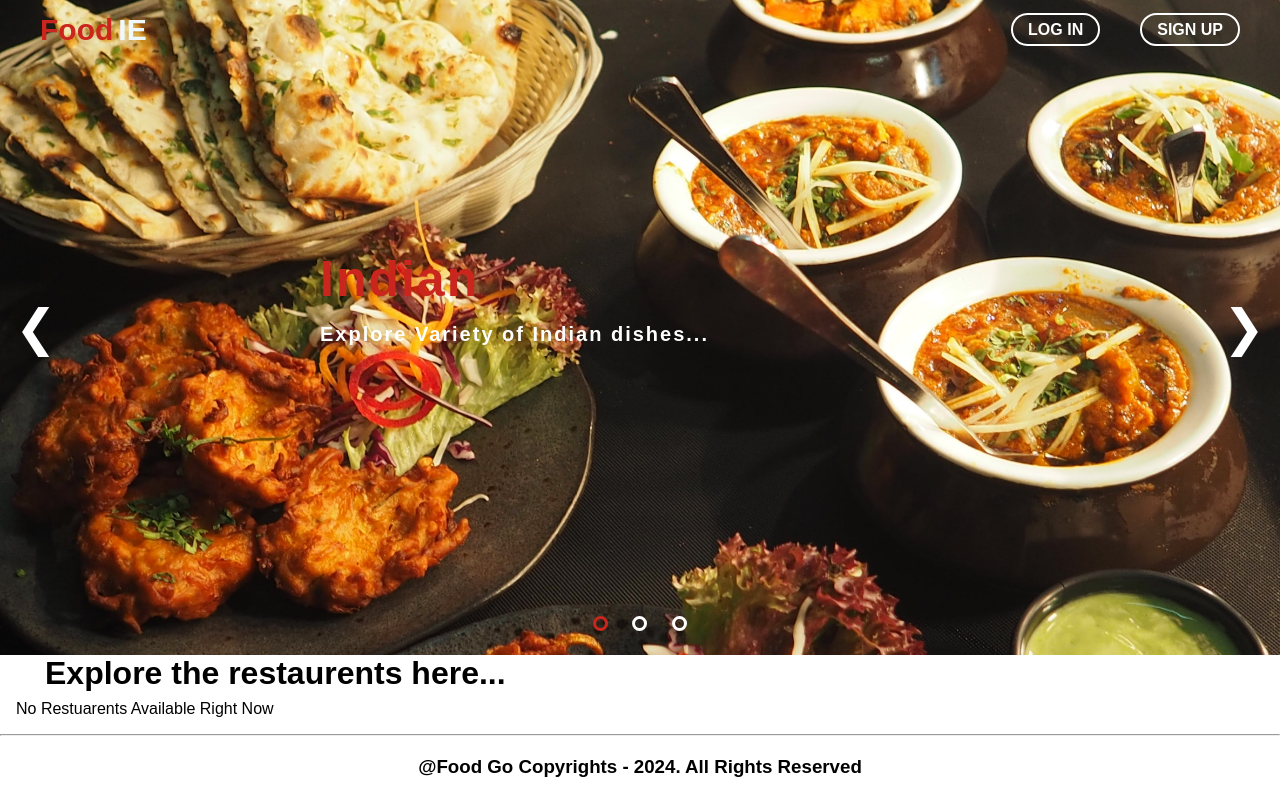
Repository: SWATHIBHUMA/FoodDelivaryApp
Page: http://localhost/FoodDelivaryApp/
The author's editor kept a copy of each file at every save. The page is drawn from the files as they stood at one save, then again after the next save.
The browser window is 1280 px wide. The pictures show the whole page.
The page is served by Tomcat 9. Other server files are loaded and not shown. The template is opened directly, without the code that normally fills it, so the values that code supplies are empty.

Above is the page before, as saved 2024-01-16 09:49:59.

### FoodDelivaryApp/src/main/webapp/Restaurents.jsp
<%@ page language="java" contentType="text/html; charset=UTF-8"
	pageEncoding="UTF-8"%>
<%@ page import="java.util.List" %>
<%@ page import="com.foodDelivaryApp.model.Restaurent" %>

<!DOCTYPE html>
<html>
<head>
<meta charset="UTF-8">
<title>Restaurent</title>
<link rel="stylesheet" href="CSS/restaurent.css" type="text/css">
</head>
<body>
	<header>
    		<div id="logo">Food<span id="logo-s">IE</span></div>
            <% String username = (String) session.getAttribute("username"); %>
            <% if (!(username==null) && !username.isEmpty()) { %>
               <div id="logo-1">Welcome
               <a href="<%= request.getContextPath() %>/UserServlet?action=logout"><span id="logo-s-1"><%= username %></span></a></div>
               <span class="sign"><a class="act" href="checkout.jsp">View Cart</a></span>
            <% } else { %>
                <span class="sign"><a class="act" href="signUp.jsp">SIGN UP</a></span>
                <span class="sign"><a class="act" href="login.jsp">LOG IN</a></span>
            <% } %>
	</header>
	<div class="slider">
		<div class="myslide fade">
			<div class="txt">
				<h1>Indian</h1>
				<p>Explore Variety of Indian dishes...</p>
			</div>
			<img src="images/pexels-chan-walrus-958545.jpg" style="width: 100%; height: 100%;" id="img1">
		</div>

		<div class="myslide fade">
			<div class="txt">
				<h1>Cuisine</h1>
				<p>Explore international cuisines...</p>
			</div>
			<img src="images/fresh-gourmet-meal-beef-taco-salad-plate-generated-by-ai.jpg" style="width: 100%; height: 100%;" id="img1">
		</div>

		<div class="myslide fade">
			<div class="txt">
				<h1>Burgers</h1>
				<p>Explore variety of burgers...</p>
			</div>
			<img src="images/pexels-rajesh-tp-1600727.jpg" alt="Restaurant Image" style="width: 100%; height: 100%;" id="img1">
		</div>
		<a class="prev" onclick="plusSlides(-1)">&#10094;</a> <a class="next"

			onclick="plusSlides(1)">&#10095;</a>

		<div class="dotsbox" style="text-align: center">
			<span class="dot" onclick="currentSlide(1)"></span> <span class="dot"
				onclick="currentSlide(2)"></span> <span class="dot"
				onclick="currentSlide(3)"></span>
		</div>
	</div>

	<div class="rest">
		<h1>Explore the restaurents here...</h1>
	</div>

	<!--Cards-Container-->
	<div class="container">
	<%
		List<Restaurent> resItem = (List<Restaurent>)request.getAttribute("resItem");
		if (resItem == null) {
	    	out.println("No Restuarents Available Right Now");
	    	System.out.println("resItems is null");
		}
		else {
			for(Restaurent res : resItem){
	%>
			<div class="card" id="restaurant1">
				<a href="Menus?restaurantId=<%= res.getRestaurentid()%>">
					<img class= "card-image" src=<%=res.getImagePath() %> alt="Restaurant Image">
					<div class="card-content">
						<h4><%= res.getName() %> <span>&#x2B50; <%= res.getRating() %></span></h4>
						<p>Cuisine: <%= res.getCuisinetype() %></p>
						<p>&#x1F4CD;<%= res.getAddress() %></p>
					</div>
				 </a>
			</div>
		<%
			}}
		%>
		</div>
	<script src="JS/restaurent.js"></script>
	<footer>
		<hr>
		<h3 id="footer">@Food Go Copyrights - 2024. All Rights Reserved</h3>
	</footer>
</body>
</html>

### FoodDelivaryApp/src/main/webapp/CSS/restaurent.css
@charset "UTF-8";

* {
	margin: 0;
	padding: 0;
	box-sizing: border-box;
	font-family: sans-serif;
}

header {
	height: 60px;
	width: 100%;
	position: absolute;
	top: 0;
	z-index: 2;
}

#logo {
	line-height: 60px;
	margin-left: 40px;
	display: inline-block;
	cursor: pointer;
	font-size: 30px;
	font-weight: bold;
	color: #ca261d;
}

#logo:hover {
	color: #eef9ff;
}

#logo-s {
	color: #eef9ff;
	margin-left: 5px;
}

#logo:hover #logo-s {
	color: #ca261d;
}

.sign {
	float: right;
	line-height: 60px;
	margin-right: 40px;
}

.sign a {
	color: #fff;
	font-weight: bold;
	text-decoration: none;
}

.act {
	border: 2px solid #fff;
	border-radius: 50px;
	padding: 6px 15px;
}

.sign a:hover {
	color: #ca261d;
	border-color: #ca261d;
}

#logo-1 {
	line-height: 60px;
    margin-left: 920px;
    display: inline-block;
    cursor: pointer;
    font-size: 30px;
    font-weight: bold;
    color: #ca261d;
}

#logo-1:hover {
    color: #eef9ff;
}

#logo-s-1 {
    color: #eef9ff;
}

#logo-1:hover #logo-s-1 {
    color: #ca261d;
}
a{
	text-decoration: none;
}
.slider {
	position: relative;
	width: 100%;
	background: #2c3e50;
}

.myslide {
	height: 655px;
	display: none;
	overflow: hidden;
}

.prev,
.next {
	position: absolute;
	top: 50%;
	transform: translate(0, -50%);
	font-size: 50px;
	padding: 15px;
	cursor: pointer;
	color: #fff;
	transition: 0.1s;
	user-select: none;
}

.prev:hover,
.next:hover {
	color: #ca261d;
}

.next {
	right: 0;
}

.dotsbox {
	position: absolute;
	left: 50%;
	transform: translate(-50%);
	bottom: 20px;
	cursor: pointer;
}

.dot {
	display: inline-block;
	width: 15px;
	height: 15px;
	border: 3px solid #fff;
	border-radius: 50%;
	margin: 0 10px;
	cursor: pointer;
}

.active,
.dot:hover {
	border-color: #ca261d;
}

.fade {
	-webkit-animation-name: fade;
	-webkit-animation-duration: 1.5s;
	animation-name: fade;
	animation-duration: 1.5s;
}

@-webkit-keyframes fade {
	from {
		opacity: 0.8
	}

	to {
		opacity: 1
	}
}

@keyframes fade {
	from {
		opacity: 0.8
	}

	to {
		opacity: 1
	}
}

.txt {
	position: absolute;
	color: #fff;
	letter-spacing: 2px;
	line-height: 35px;
	top: 40%;
	left: 15%;
	-webkit-animation-name: posi;
	-webkit-animation-duration: 2s;
	animation-name: posi;
	animation-duration: 2s;
	z-index: 1;
}

@-webkit-keyframes posi {
	from {
		left: 25%;
	}

	to {
		left: 15%;
	}
}


@keyframes posi {
	from {
		left: 25%;
	}

	to {
		left: 15%;
	}
}

.txt h1 {
	color: #ca261d;
	font-size: 50px;
	margin-bottom: 20px;
}

.txt p {
	font-weight: bold;
	font-size: 20px;
}

#img1 {
	transform: scale(1.5, 1.5);
	-webkit-animation-name: zoomin;
	-webkit-animation-duration: 40s;
	animation-name: zoomin;
	animation-duration: 40s;
}

@-webkit-keyframes zoomin {
	from {
		transform: scale(1, 1);
	}

	to {
		transform: scale(1.5, 1.5);
	}
}


@keyframes zoomin {
	from {
		transform: scale(1, 1);
	}

	to {
		transform: scale(1.5, 1.5);
	}
}

@media screen and (max-width: 800px) {
	.myslide {
		height: 500px;
	}

	.txt {
		letter-spacing: 2px;
		line-height: 25px;
		top: 50%;
		left: 50%;
		transform: translate(-50%, -50%);
		-webkit-animation-name: posi2;
		-webkit-animation-duration: 2s;
		animation-name: posi2;
		animation-duration: 2s;
	}

	@-webkit-keyframes posi2 {
		from {
			top: 35%;
		}

		to {
			top: 50%;
		}
	}


	@keyframes posi2 {
		from {
			top: 35%;
		}

		to {
			top: 50%;
		}
	}

	.txt h1 {
		font-size: 40px;
	}

	.txt p {
		font-size: 13px;
	}

}

@media screen and (max-width: 520px) {
	.txt h1 {
		font-size: 30px;
		margin-bottom: 20px;
	}

	.sign {
		margin-right: 20px;
	}

	.sign a {
		font-size: 12px;
	}
}
/*****************************heding***************************/
.rest h1 {
	margin-left: 45px;
}

.rest h1:hover {
	color: #ca261d;
}

/*-------------------------------------cards-----------------------------------------

.container {
	display: flex;
	flex-direction: row;
	flex-wrap: wrap;
	gap: 35px;
	justify-content: center;
	align-items: center;
	margin: auto;
	margin-left: 2%;
	margin-top: 15px;
}

.card {
	background-color: #fff;
	border-radius: 10px;
	box-shadow: 0 4px 8px rgba(0, 0, 0, 0.1);
	overflow: hidden;
	transition: transform 0.3s ease-in-out;
	margin-bottom: 20px;
}

.card:hover {
	transform: scale(1.05);
}

/*.card img {
	width: 100%;
	height: 150px;
	object-fit: cover;
	border-bottom: 1px solid #ccc;
}

.card-content {
	padding: 15px;
}


h4 span{
	margin-left: 20px;
}

*/

.container{
	display: grid;
	grid-template-columns: repeat(auto-fit,minmax(250px,1fr));
	gap: 20px;
	padding: 0.5rem 1rem 1rem 1rem;
}

.card{
	background-color: whitesmoke;
	box-shadow: 0 4px 8px rgba(0, 0, 0, 0.1);
	border-radius: 10px;
	position: relative;
	transition: transform 0.3s ease-in-out;
	cursor: pointer;
}

.card:hover{
	transform: scale(1.05);

}
.card-image{
	width: 100%;
	height: 150px;
	object-fit: cover;
	border-radius: 15px;

}

.card-content{
	padding: 12px;
}

.card-content > h4 > span{
	float: right;
}

.card-content > h4{
	color: #ca261d;
}

.card-content > p{
	color: #ca261d;
}


#footer{
	padding: 20px;
	text-align: center;
}

### FoodDelivaryApp/src/main/webapp/JS/restaurent.js
const myslide = document.querySelectorAll('.myslide'),
	  dot = document.querySelectorAll('.dot');
let counter = 1;
slidefun(counter);

let timer = setInterval(autoSlide, 8000);
function autoSlide() {
	counter += 1;
	slidefun(counter);
}
function plusSlides(n) {
	counter += n;
	slidefun(counter);
	resetTimer();
}
function currentSlide(n) {
	counter = n;
	slidefun(counter);
	resetTimer();
}
function resetTimer() {
	clearInterval(timer);
	timer = setInterval(autoSlide, 8000);
}

function slidefun(n) {

	let i;
	for(i = 0;i<myslide.length;i++){
		myslide[i].style.display = "none";
	}
	for(i = 0;i<dot.length;i++) {
		dot[i].className = dot[i].className.replace(' active', '');
	}
	if(n > myslide.length){
	   counter = 1;
	   }
	if(n < 1){
	   counter = myslide.length;
	   }
	myslide[counter - 1].style.display = "block";
	dot[counter - 1].className += " active";
}

After the next save:
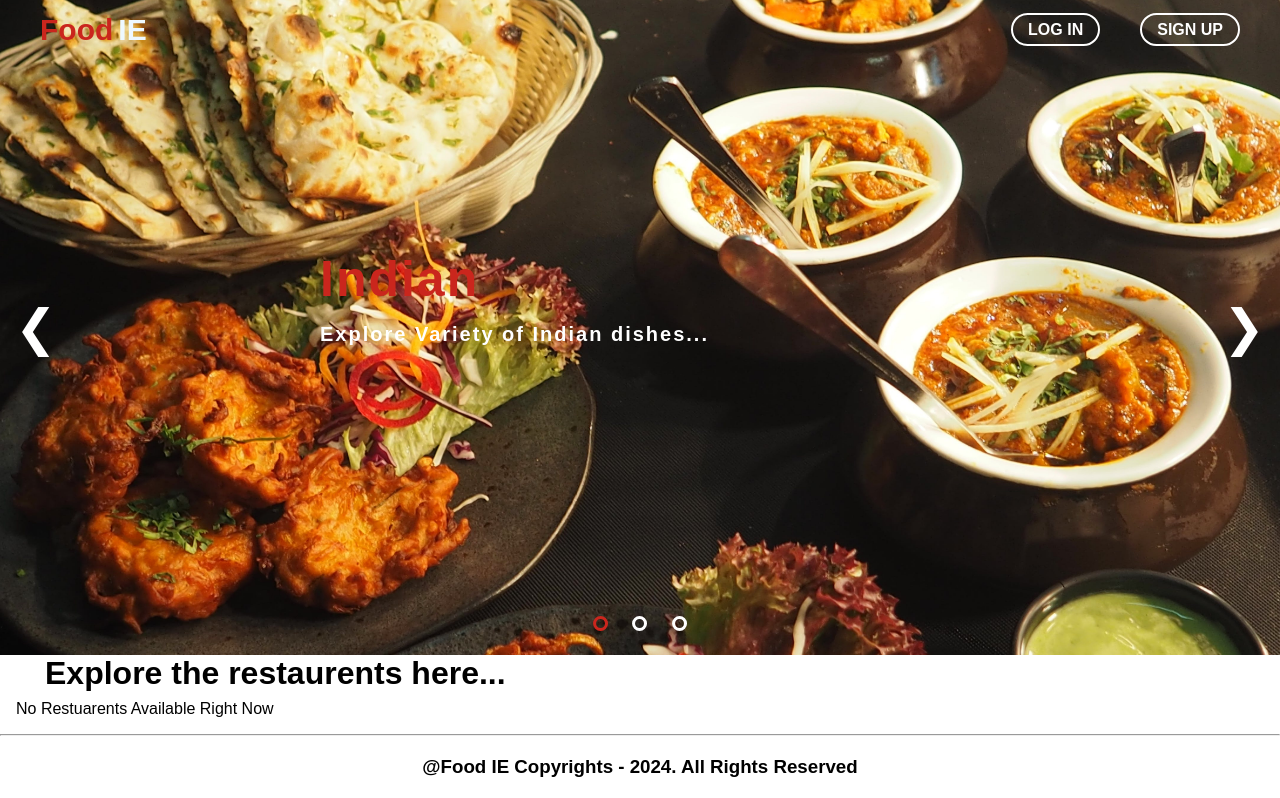
Saved 87 s later.
--- a/FoodDelivaryApp/src/main/webapp/Restaurents.jsp
+++ b/FoodDelivaryApp/src/main/webapp/Restaurents.jsp
@@ -90,7 +90,7 @@
 	<script src="JS/restaurent.js"></script>
 	<footer>
 		<hr>
-		<h3 id="footer">@Food Go Copyrights - 2024. All Rights Reserved</h3>
+		<h3 id="footer">@Food IE Copyrights - 2024. All Rights Reserved</h3>
 	</footer>
 </body>
 </html>
